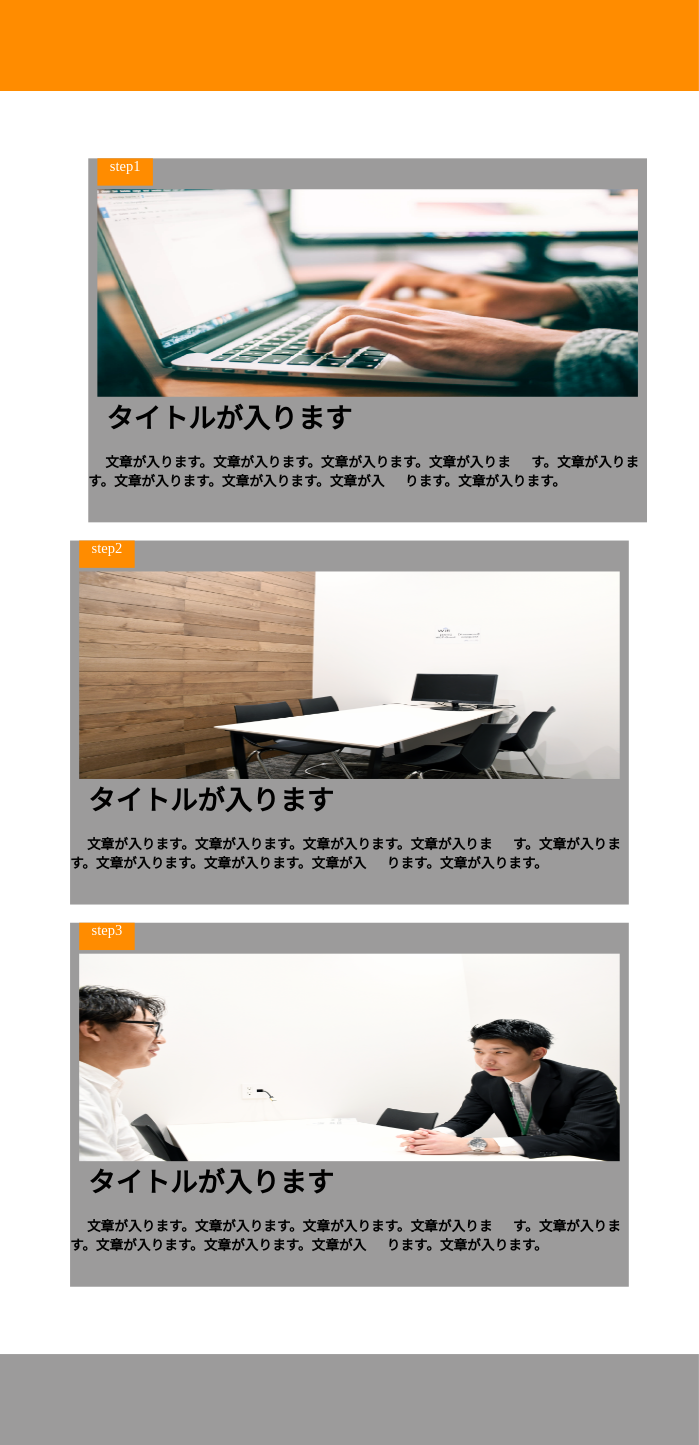
Repository: shiotaryuto/kadai1-10
Page: 課題/課題.html
The author's editor kept a record of every edit. The page is drawn from the files as they stood at one moment, then again after the next edit.
The browser window is 768 px wide. The pictures show the whole page, at 91% of full size.
Some web libraries are served in a nearby version.

Above is the page before.

After the next edit:
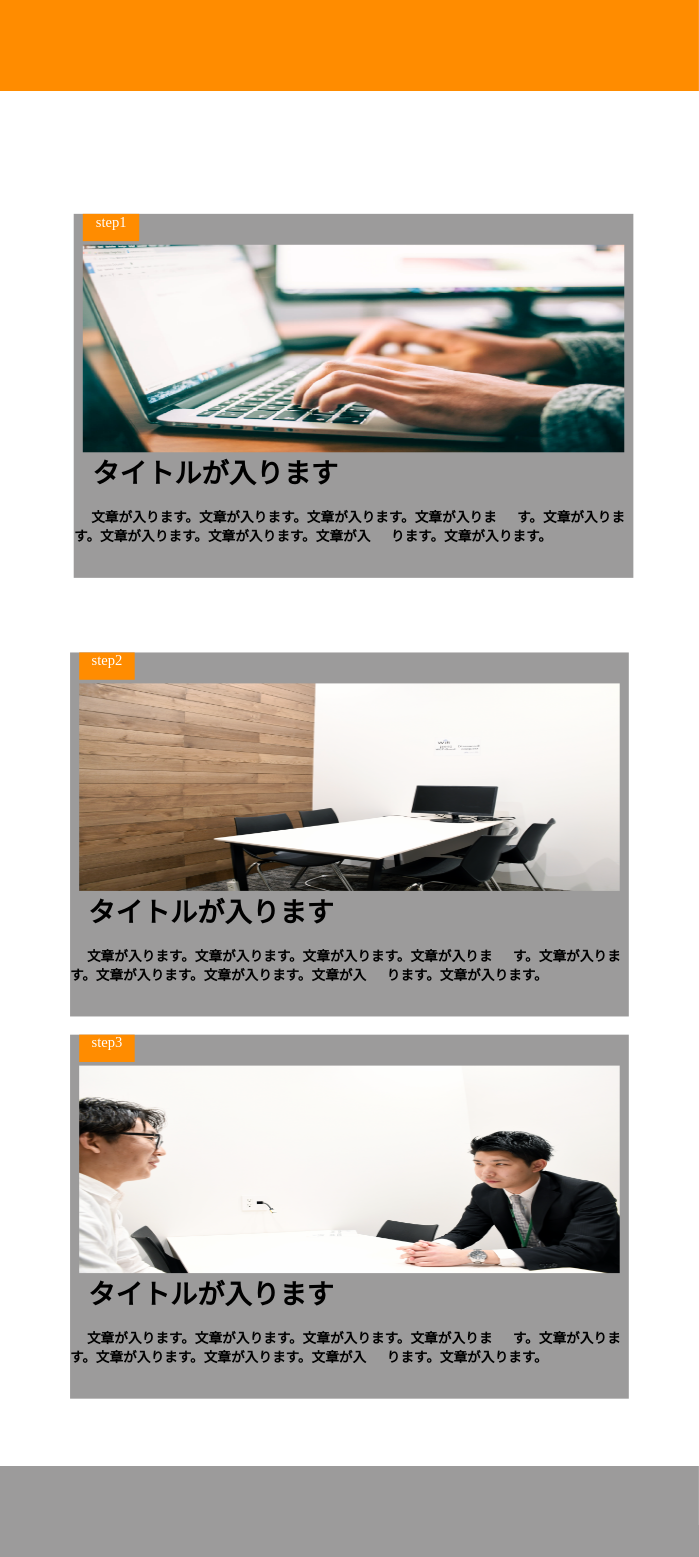
The edit:
--- a/課題/style.css
+++ b/課題/style.css
@@ -166,6 +166,7 @@
 .step1{
   width: 80%;
   height: 400px;
+  margin: 8%;
 }
 
 .step1-text-heading{
